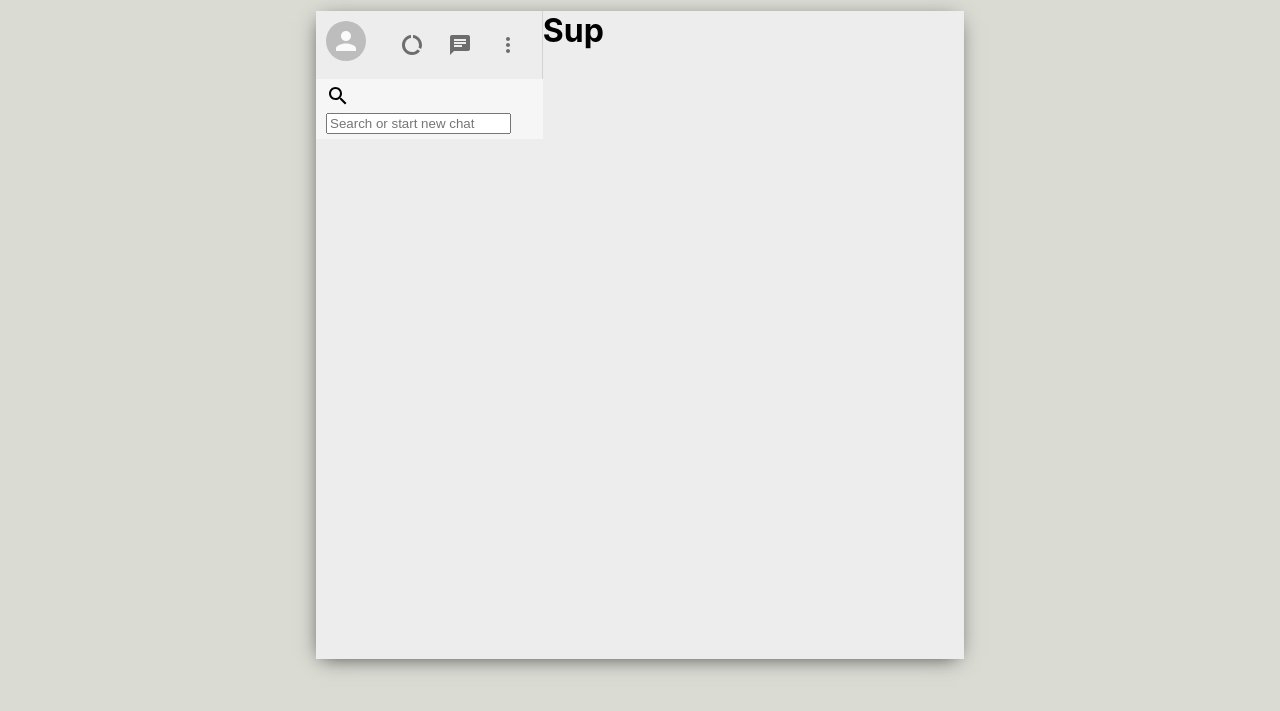
Repository: SayedJamil/WhatsappClone
Page: /
The author's editor kept a copy of each file at every save. The page is drawn from the files as they stood at one save, then again after the next save.
The browser window is 1280 px wide. The pictures show the whole page.
The project was rebuilt for these pictures with package versions that can differ from the ones it lists, and the page was loaded fresh each time.

Above is the page before, as saved 2021-06-22 23:07:30.

### src/App.js
import React from 'react';
import './App.css';
import Sidebar from './Sidebar';
import Chat from './Chat'
function App() {
  return (
    <div className="app">
      <div className="app_body">
        <Sidebar />
        <Chat />
      </div>

    </div>
  );
}

export default App;

### src/App.css
* {
  margin: 0;
  bottom: 0;
}

.app {
  display: grid;
  place-items: center;
  height: 100vh;
  background-color: #dadbd3;
}

.app_body {
  display: flex;
  background-color: #ededed;
  margin-top: -50px;
  height: 90vh;
  width: 90vh;
  box-shadow: -1px 4px 20px -6px rgba(0, 0, 0, 0.75);
}

### src/Sidebar.js
import React from 'react'
import './Sidebar.css'
import DataUsageIcon from '@material-ui/icons/DataUsage';
import ChatIcon from '@material-ui/icons/Chat';
import { IconButton, Avatar } from '@material-ui/core';
import MoreVertIcon from '@material-ui/icons/MoreVert';
import { SearchOutlined } from '@material-ui/icons';

function Sidebar() {
    return (
        <div className="sidebar">
            <div className="sidebar_header">
                <Avatar />
                <div className="siderbar_headrright">
                    <IconButton>
                        <DataUsageIcon />
                    </IconButton>
                    <IconButton>
                        <ChatIcon />
                    </IconButton>
                    <IconButton>
                        <MoreVertIcon />
                    </IconButton>
                </div>
            </div>
            <div className="sidebar_search">
                <div className="search_container">
                    <SearchOutlined />
                    <input type="text" placeholder="Search or start new chat" />
                </div>
            </div>
        </div>
    )
}

export default Sidebar

### src/Chat.js
import React from 'react'
import './Chat.css'
function Chat() {
    return (
        <div className="chat">
            <h1>Sup</h1>
        </div>
    )
}

export default Chat

### src/Sidebar.css
.sidebar {
  display: flex;
  flex-direction: column;
  flex: 0.35;
}
.sidebar_header {
  display: flex;
  justify-content: space-between;
  padding: 10px;
  border-right: 1px solid lightgray;
}

.sidebar_headerright {
  min-width: 10vw;
  display: flex;
  align-items: center;
  justify-content: center;
}

.sidebar_headerright > .MuiSvgIcon-root {
  margin-right: 2vw;
  font-size: 24px !important;
}

.sidebar_search {
  display: flex;
  align-items: center;
  background-color: #f6f6f6;
  height: 40px;
  padding: 10px;
}
.search_container{

}

### src/Chat.css
.chat {
  display: flex;
  flex-direction: column;
  flex: 0.65;
}

Loaded but not shown: public/index.html (common file); src/index.js (common file); src/index.css (common file)

After the next save:
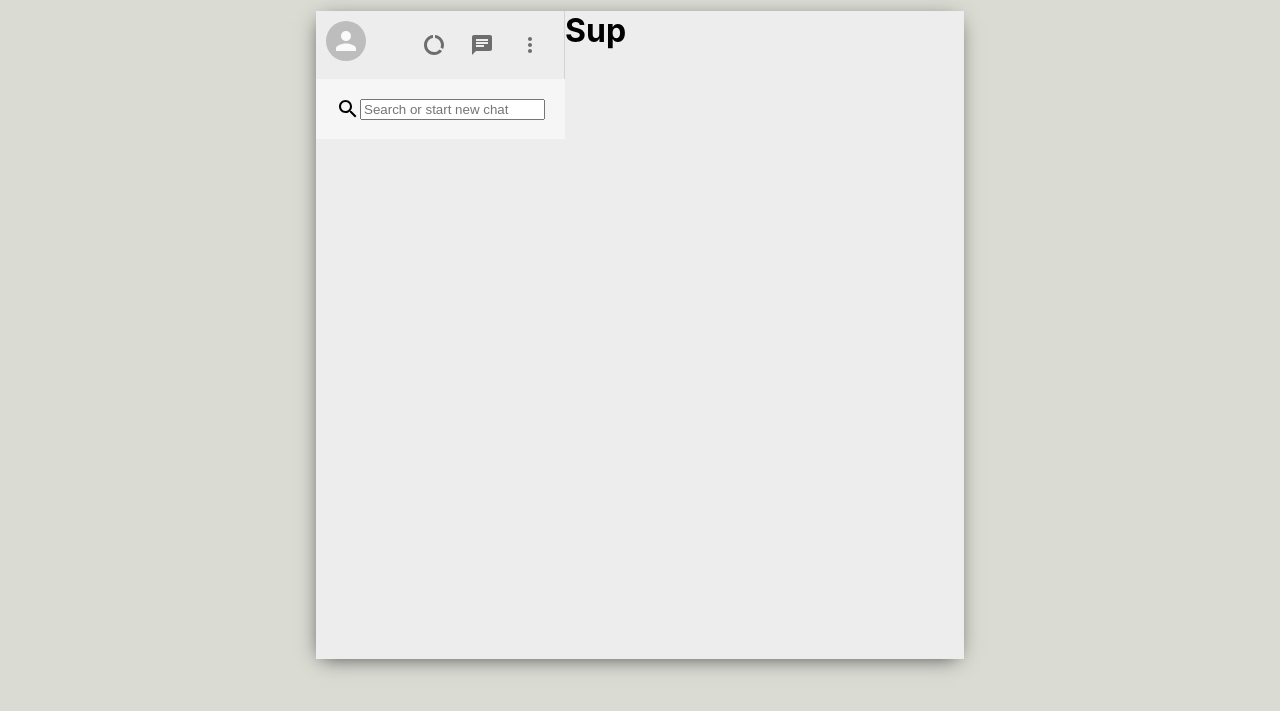
Saved 12 s later.
--- a/src/Sidebar.css
+++ b/src/Sidebar.css
@@ -30,5 +30,10 @@
   padding: 10px;
 }
 .search_container{
+  display: flex;
+  align-items: center;
+  background-color: #f6f6f6;
+  height: 40px;
+  padding: 10px;
 
 }
